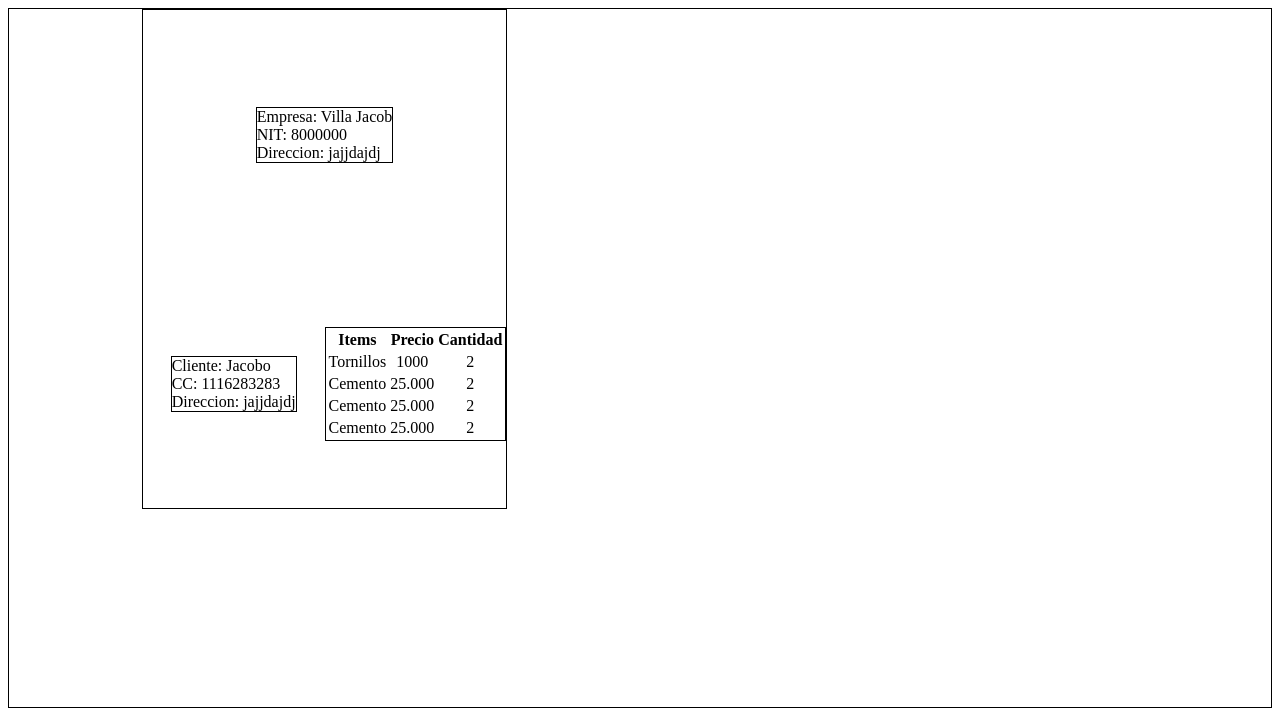
Repository: MrVanQish/FacturaEstructura
Page: index.html
These files come from the project's save history. The page is drawn as it stood at one moment and after the next save; the edit follows.
The browser window is 1280 px wide. The pictures show the whole page.

Above is the page before, as saved 2021-09-29 10:06:23.

### index.html
<!DOCTYPE html>
<html lang="en">
<head>
    <meta charset="UTF-8">
    <meta http-equiv="X-UA-Compatible" content="IE=edge">
    <meta name="viewport" content="width=device-width, initial-scale=1.0">
    <title>Document</title>
    <link rel="stylesheet" href="styles.css">
</head>
<body>

    <div class="wrapper">

        <div class="factura1">
                <div class="infoEmpresa-f">
                    Empresa: Villa Jacob
                    <br>
                    NIT: 8000000
                    <br>
                    Direccion: jajjdajdj
                </div>
                <div class="infoCliente-f">
                    Cliente: Jacobo
                    <br>
                    CC: 1116283283
                    <br>
                    Direccion: jajjdajdj
                </div>
                <div class="items-f">

                    <table>

                        <tr>

                            <th>Items</th>

                            <th>Precio</th>

                            <th>Cantidad</th>


                        </tr>

                          <tr>

                            <td>Tornillos</td>

                            <td>1000</td>

                            <td>2</td>

                          </tr>

                          <tr>

                            <td>Cemento</td>

                            <td>25.000</td>

                            <td>2</td>

                          </tr>


                          <tr>

                            <td>Cemento</td>

                            <td>25.000</td>

                            <td>2</td>

                          </tr>

                          <tr>

                            <td>Cemento</td>

                            <td>25.000</td>

                            <td>2</td>

                          </tr>


                      </table>



                </div>

                <!-- //t -->
            <div class="body-f">

            </div>
        </div>


    </div>

</body>
</html>

### styles.css
@page {
    size: A4 landscape;
}

.wrapper {
    height: 97vh;
    border: 1px solid #000;
    display: grid;
    grid-template-columns: 1fr 1fr;
    grid-template-rows: 500px;
    grid-template-areas:
      "f1 f2";
  }

  .factura1 {

    display: grid;
    grid-area: f1;
/*     align-self: center; */
    border: 1px solid #000;
    justify-self: center;
    grid-template-columns: 1fr 1fr;
    grid-template-rows: 1fr 1fr;
    grid-template-areas:
      "infoEmpresa-f infoEmpresa-f"
      "infoCliente-f items-f" ;
  }


.infoEmpresa-f{

    grid-area: infoEmpresa-f;
    border: 1px solid #000;
    align-self: center;
    justify-self: center;

}

.infoCliente-f{
    grid-area: infoCliente-f;
    border: 1px solid #000;
    align-self: center;
    justify-self: center;
}

.items-f{
    grid-area: items-f;
    border: 1px solid #000;
    align-self: center;
    justify-self: center;
    text-align: center;
}

After the next save:
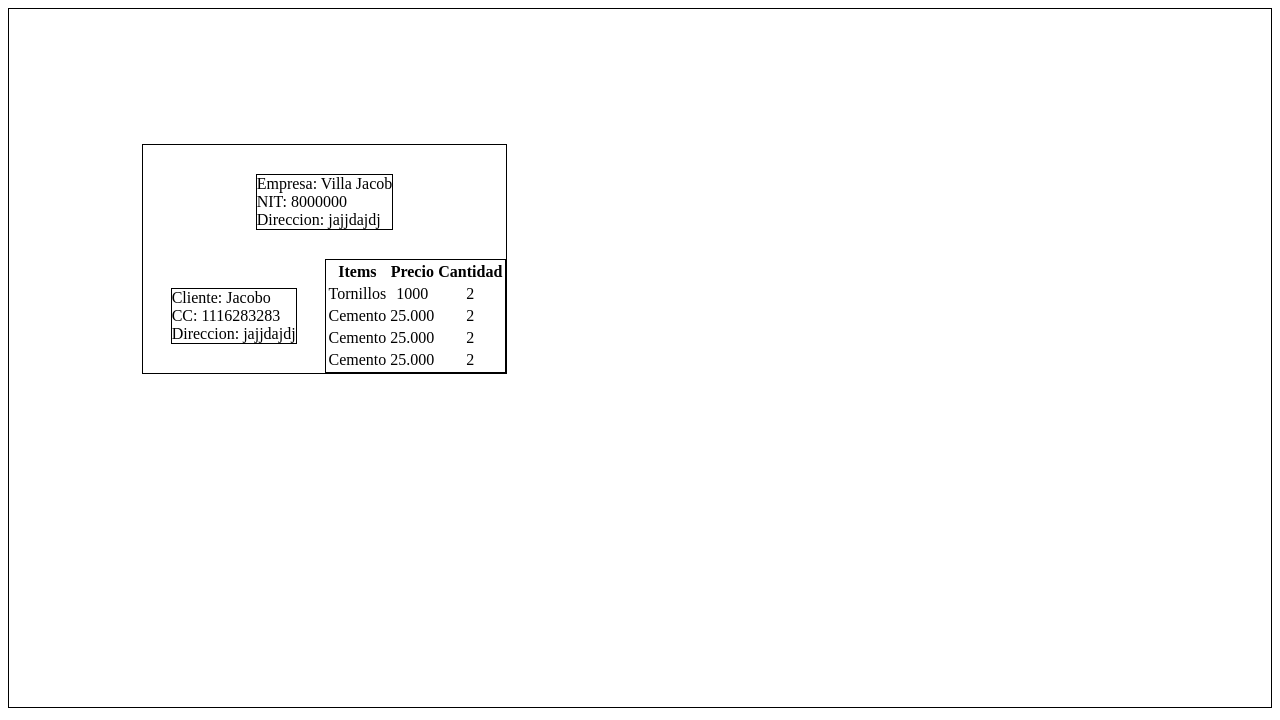
Saved 5 s later.
--- a/styles.css
+++ b/styles.css
@@ -16,7 +16,7 @@
 
     display: grid;
     grid-area: f1;
-/*     align-self: center; */
+    align-self: center;
     border: 1px solid #000;
     justify-self: center;
     grid-template-columns: 1fr 1fr;
